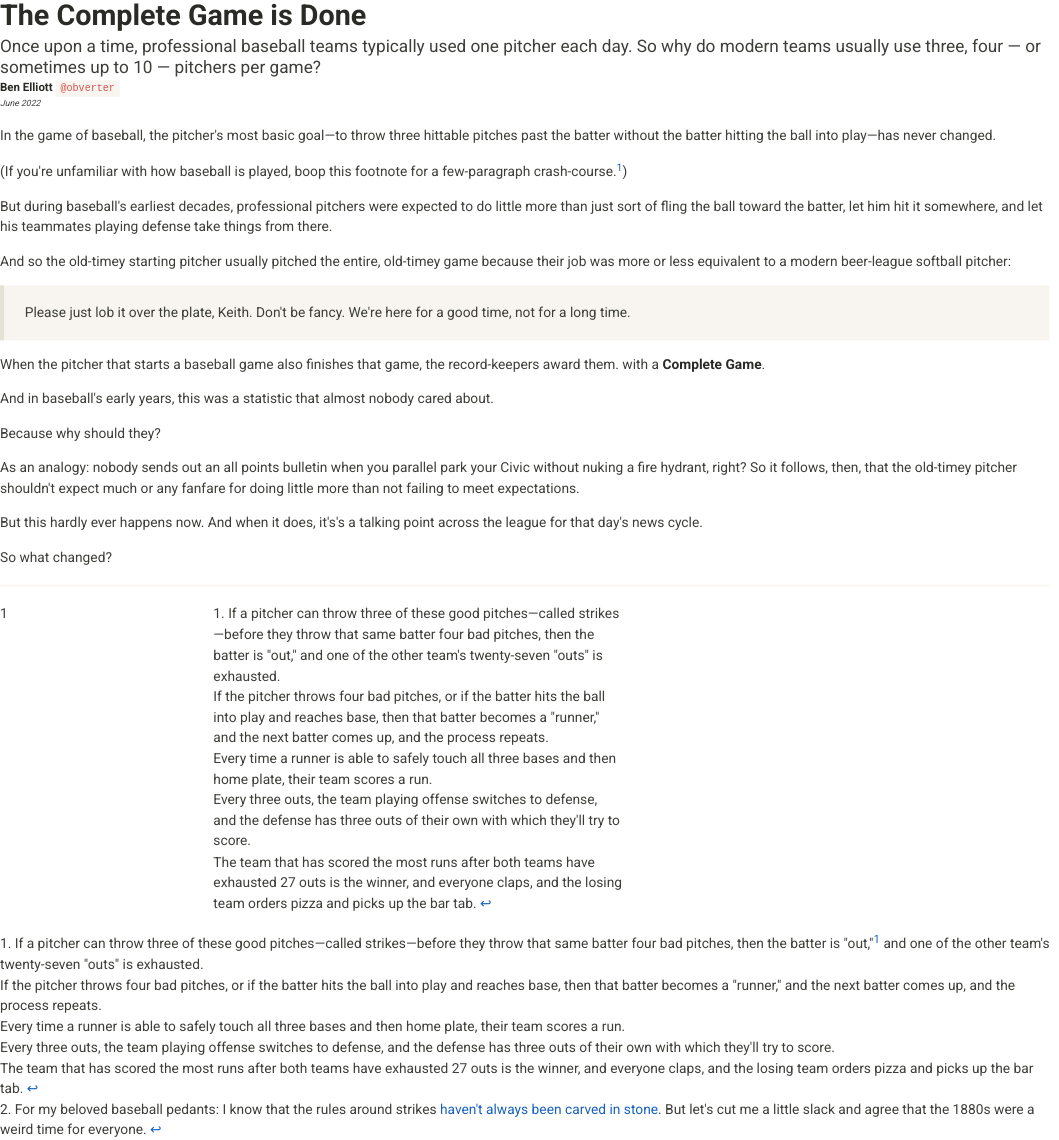
Repository: obverter/complete-games-are-done
Page: index.html
These files come from the project's save history. The page is drawn as it stood at one moment and after the next save; the edit follows.
The browser window is 1280 px wide. The page is 1291 px wide, so the pictures cover 1291 px, including what lies to the right of the window. The pictures show the whole page, at 82% of full size.

Above is the page before, as saved 2022-06-25 07:53:16.

After the next save:
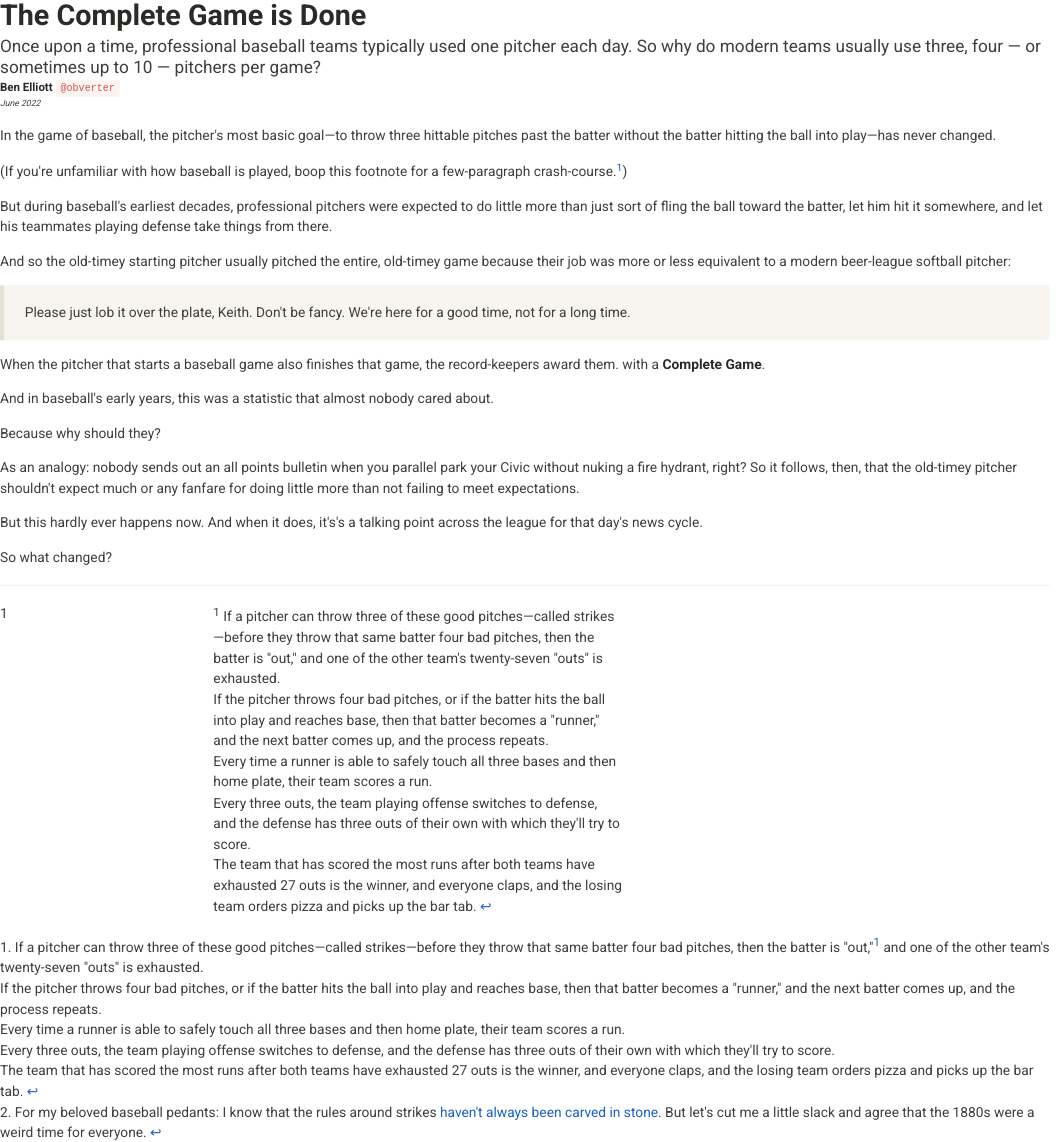
Saved 45 s later.
--- a/index.html
+++ b/index.html
@@ -77,7 +77,7 @@
             <!-- todo: ↘ FOOTNOTES GO HERE ↙ -->
             <div class="column is-two-fifths">
                 <p>
-                    1. If a pitcher can throw three of these good pitches—called
+                    <sup>1</sup> If a pitcher can throw three of these good pitches—called
                     strikes—before they throw that same batter four bad pitches,
                     then the batter is "out," and one of the other team's
                     twenty-seven "outs" is exhausted.
